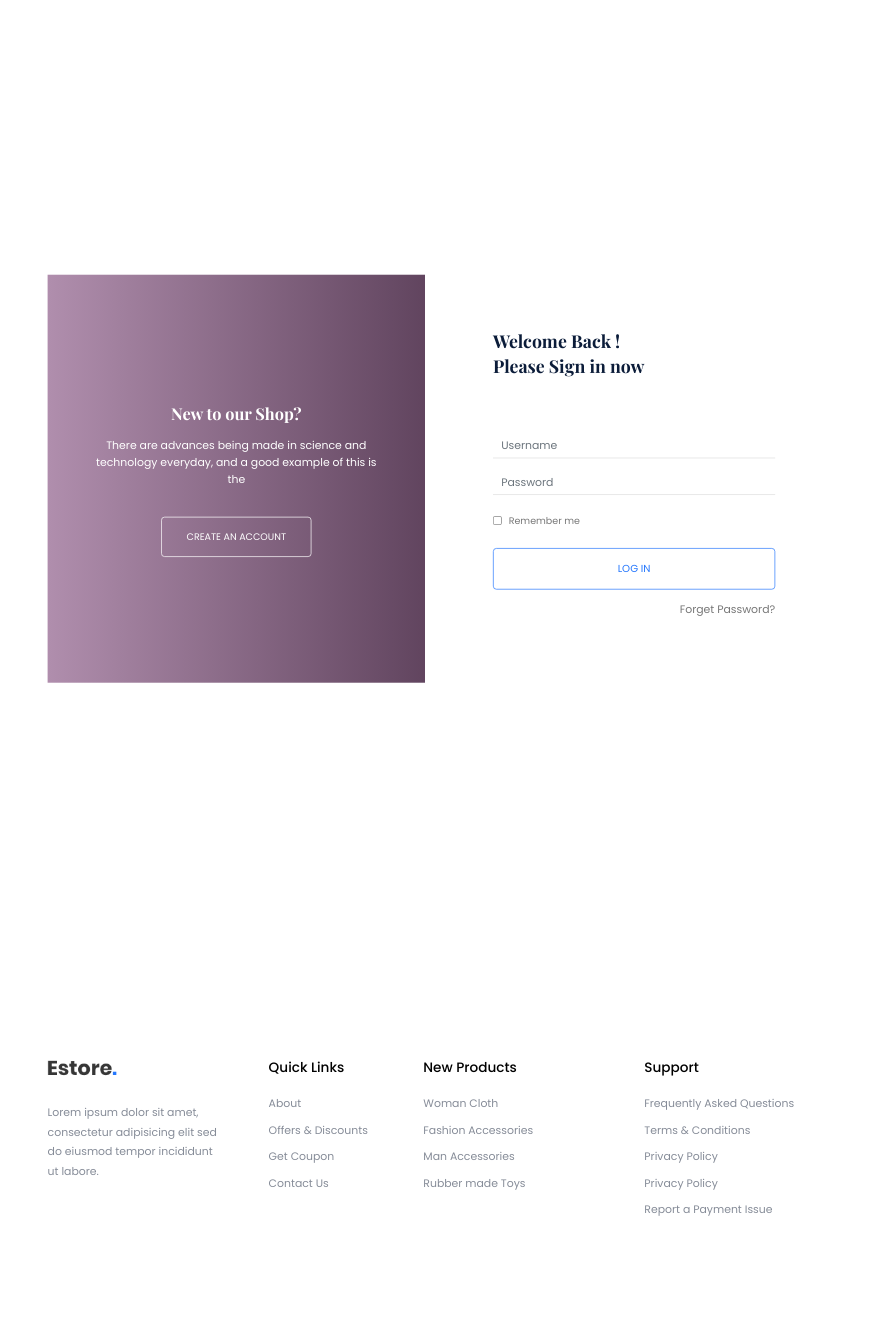
Repository: tuanloc782004/Estore-Bookshop-Website
Page: http://localhost/auth/login
An editor plug-in stored every save of this project. The page is shown before and after the next save, followed by the edit.
The browser window is 1280 px wide. The pictures show the whole page, at 68% of full size.
Some web fonts or font styles are not loaded; a fallback is used. The page is this project's Thymeleaf template; nobody is signed in. The template is opened directly, without the code that normally fills it, so the values that code supplies are empty.

Above is the page before, as saved 2024-10-26 03:06:17.

After the next save:
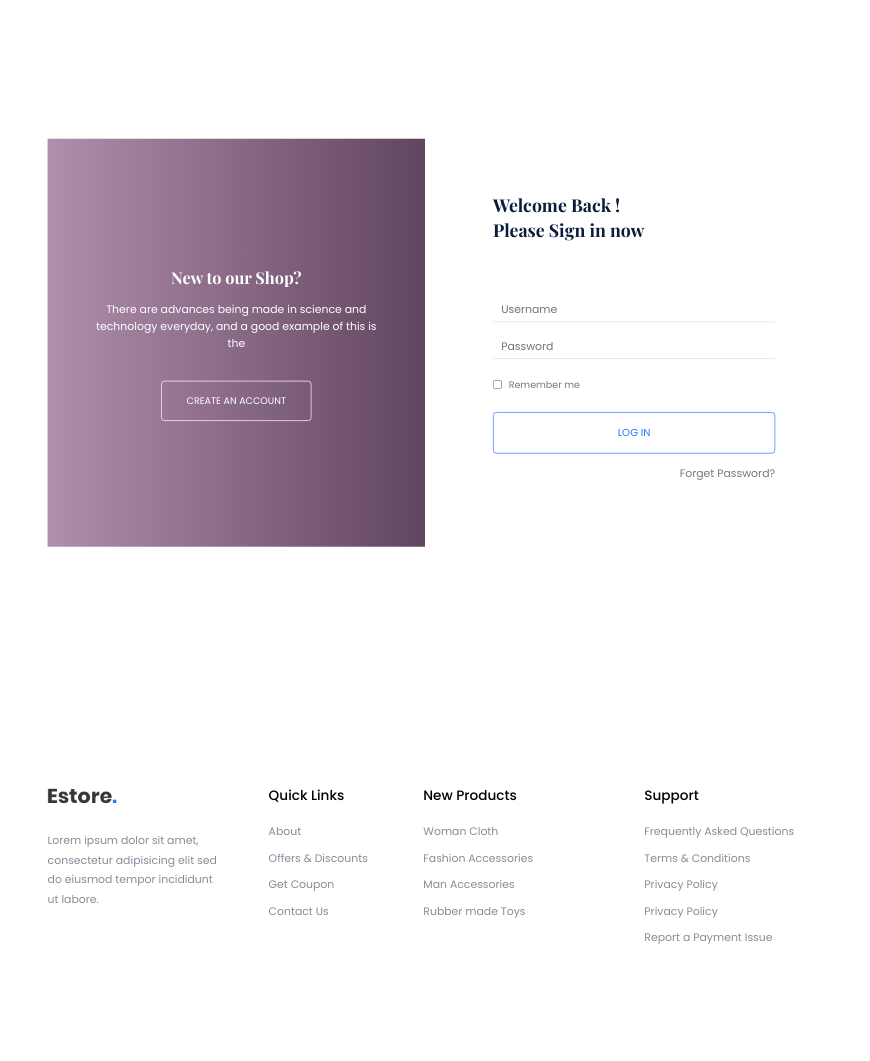
Saved 8 s later.
--- a/myscp/src/main/resources/templates/auth/login.html
+++ b/myscp/src/main/resources/templates/auth/login.html
@@ -9,7 +9,7 @@
 	<!--================login_part Area =================-->
 	<section class="login_part section_padding ">
 		<div class="container">
-			<div class="row align-items-center section_padding mt-1 mb-1">
+			<div class="row align-items-center mt-1 mb-1">
 				<div class="col-lg-6 col-md-6">
 					<div class="login_part_text text-center">
 						<div class="login_part_text_iner">
